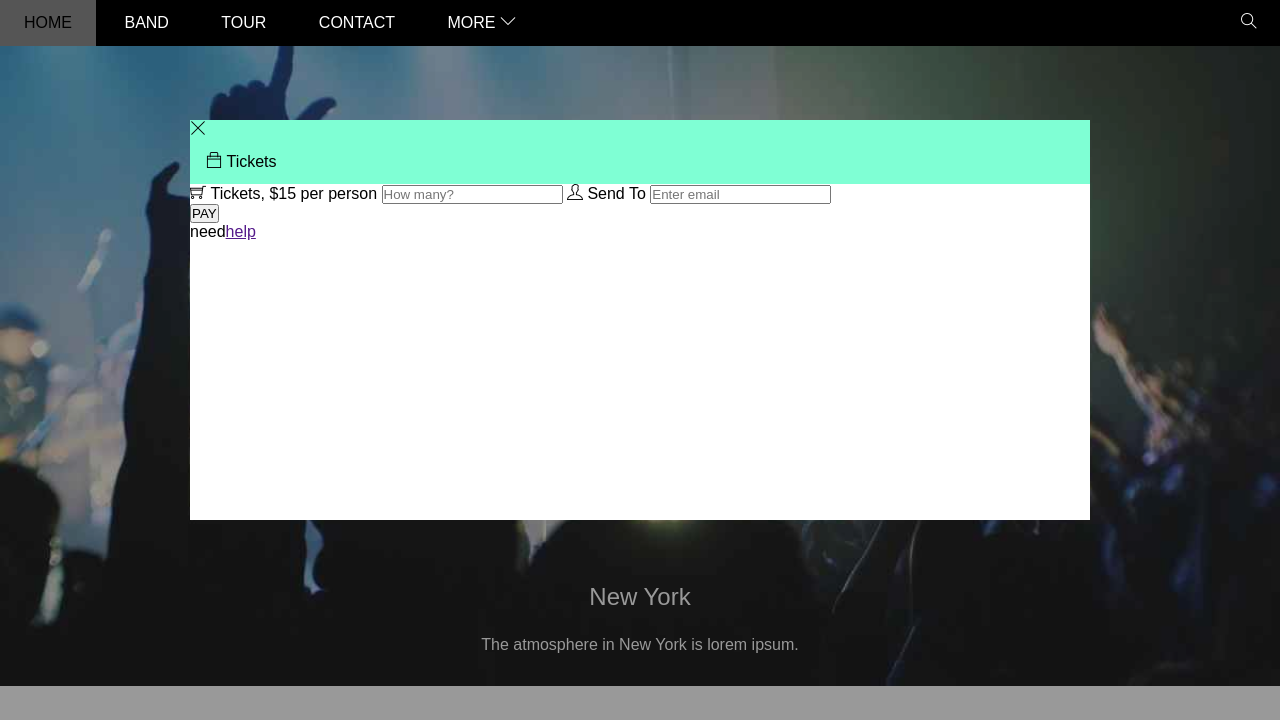
Repository: tung1233hhhhhhhhhhhhh/Website
Page: w3_band/index.html
These files come from the project's save history. The page is drawn as it stood at one moment and after the next save; the edit follows.
The browser window is 1280 px wide. The pictures show the window.
A layer covers the whole window, so only the first screen is drawn.

Above is the page before, as saved 2023-02-18 21:19:22.

### w3_band/index.html
<!DOCTYPE html>
<html lang="en">

<head>
    <meta charset="UTF-8">
    <meta http-equiv="X-UA-Compatible" content="IE=edge">
    <meta name="viewport" content="width=device-width, initial-scale=1.0">
    <title>Document</title>
    <link rel="stylesheet" href="./assets/css/style.css">
    <link rel="stylesheet" href="/w3_band/assets/fonts/themify-icons/themify-icons.css">
    <link rel="stylesheet" href="./modal.js">
</head>

<body>
    <div id="main">
        <div id="header">
            <div id="nav">
                <ul>
                    <li><a href="">Home</a></li>
                    <li><a href="">Band</a></li>
                    <li><a href="">Tour</a></li>
                    <li><a href="">Contact</a></li>
                    <li class="icon">
                        <a href="">
                            More
                            <i class="ti-angle-down"></i>
                        </a>
                        <div class="subnav">
                            <ul>
                                <li><a href="">Merchandise</a></li>
                                <li><a href="">Extras</a></li>
                                <li><a href="">Media</a></li>
                            </ul>
                        </div>
                    </li>
                </ul>
                <div class="icon-search">
                    <i class="ti-search"></i>
                </div>
            </div>
        </div>

        <div id="slider">
            <div class="silder-content">
                <h2 class="silder-heading">New York</h2>
                <p class="silder-discreption">The atmosphere in New York is lorem ipsum.</p>
            </div>
        </div>

        <div id="content">
            <!-- about content -->
            <div class="content-selection">
                <h2 class="text-heading">THE BAND</h2>
                <p class="text-sub-heading">We love music</p>
                <p class="text-content">
                    We have created a fictional band website. Lorem ipsum dolor sit amet, consectetur adipiscing elit,
                    sed do eiusmod tempor incididunt ut labore et dolore magna aliqua. Ut enim ad minim veniam, quis
                    nostrud exercitation ullamco laboris nisi ut aliquip ex ea commodo consequat. Duis aute irure dolor
                    in reprehenderit in voluptate velit esse cillum dolore eu fugiat nulla pariatur. Excepteur sint
                    occaecat cupidatat non proident, sunt in culpa qui officia deserunt mollit anim id est laborum
                    consectetur adipiscing elit, sed do eiusmod tempor incididunt ut labore et dolore magna aliqua. Ut
                    enim ad minim veniam, quis nostrud exercitation ullamco laboris nisi ut aliquip ex ea commodo
                    consequat.
                </p>
                <!-- img -->
                <div class="team-selection">
                    <div class="sub-selection">
                        <p class="text-selection">Team</p>
                        <img src="/w3_band/assets/img/name.jpg" alt="" class="img-selection">
                    </div>

                    <div class="sub-selection">
                        <p class="text-selection">Team</p>
                        <img src="/w3_band/assets/img/name.jpg" alt="" class="img-selection">
                    </div>

                    <div class="sub-selection">
                        <p class="text-selection">Team</p>
                        <img src="/w3_band/assets/img/name.jpg" alt="" class="img-selection">
                    </div>
                </div>
            </div>

            <!-- tour content -->

            <div class="content-tour">
                <div class="tour-body">
                    <div class="content-selection">
                        <h2 class="text-heading">TOUR DATES</h2>
                        <p class="text-sub-heading">Remember to book your tickets!</p>
                    </div>

                    <ul class="tour-text">
                        <li>
                            September
                            <span>Sold out</span>
                        </li>
                        <li>
                            October
                            <span>Sold out</span>
                        </li>
                        <li>
                            November
                            <span class="number">3</span>
                        </li>
                    </ul>

                    <div class="tour-list">
                        <div class="tourimg-selection">
                            <img src="/w3_band/assets/img/anh1.jpg" alt="">
                            <div class="container">
                                <p>
                                    <b>New York</b>
                                </p>
                                <p style="opacity: 0.6;">Fri 27 Nov 2016</p>
                                <p>Praesent tincidunt sed tellus ut rutrum sed vitae justo.</p>
                                <button> Buy Tickets</button>
                            </div>


                        </div>
                        <div class="tourimg-selection">
                            <img src="/w3_band/assets/img/anh2.jpg" alt="">
                            <div class="container">
                                <p>
                                    <b>Paris</b>
                                </p>
                                <p style="opacity: 0.6;">Sat 28 Nov 2016</p>
                                <p>Praesent tincidunt sed tellus ut rutrum sed vitae justo.</p>
                                <button> Buy Tickets</button>
                            </div>
                        </div>
                        <div class="tourimg-selection">
                            <img src="/w3_band/assets/img/anh3.jpg" alt="">
                            <div class="container">
                                <p>
                                    <b>San Francisco</b>
                                </p>
                                <p style="opacity: 0.6;">Sun 29 Nov 2016</p>
                                <p>Praesent tincidunt sed tellus ut rutrum sed vitae justo.</p>
                                <button> Buy Tickets</button>
                            </div>
                        </div>
                    </div>
                </div>
            </div>

            <!-- contact content -->

            <div class="contact-content">
                <div class="content-selection">
                    <h2 class="text-heading">CONTACT</h2>
                    <p class="text-sub-heading">Fan? Drop a note!</p>
                    <div class="contact">
                        <div class="contact-left">
                            <i class="ti-location-pin"></i>
                            Chicago, US
                            <br>
                            <i class="ti-mobile"></i>
                            Phone: +00 151515
                            <br>
                            <i class="ti-email"></i>
                            Email: mail@mail.com
                        </div>
                        <div class="contact-right">
                            <form action="">
                                <div class="account">
                                    <input type="text" placeholder="Name">
                                    <input type="text" placeholder="Email">
                                </div>
                                <input class="mes" type="text" placeholder="Message">
                                <button>SEND</button>
                            </form>
                        </div>
                    </div>
                </div>

            </div>

            <!-- image of location/map -->

            <div class="banner-image">
                <img src="/w3_band/assets/img/map.jpg" alt="">

            </div>


        </div>

        <div id="footer">
            <i class="ti-facebook"></i>
            <i class="ti-instagram"></i>
            <i class="ti-vimeo-alt"></i>
            <i class="ti-pinterest"></i>
            <i class="ti-twitter-alt"></i>
            <i class="ti-linkedin"></i>
            <p>Powered by <a href="">w3.css</a></p>
        </div>
    </div>
    <div class="modal">
        <div class="modal-container">
            <div class="modal-close">
                <i class="ti-close"></i>
            </div>
            <header>
                <i class="ti-bag"></i>
                Tickets

            </header>
            <div class="modal-body">
                <label for="" class="modal-lable">
                    <i class="ti-shopping-cart"></i>
                    Tickets, $15 per person
                </label>
                <input type="text" class="input-lable" placeholder="How many?">
                <label for="" class="modal-lable">
                    <i class="ti-user"></i>
                    Send To
                </label>
                <input type="text" class="input-lable" placeholder="Enter email">
            </div>
            <button class="modal-button">PAY</button>
            <p>need<a href="">help</a></p>

        </div>
    </div>


</body>

</html>

### w3_band/assets/css/style.css
* {
    padding: 0;
    margin: 0;
    box-sizing: border-box;
}

html {
    font-family: Arial, Helvetica, sans-serif;
}

#main {}

#header {
    height: 46px;
    background-color: #000;
    position: fixed;
    top: 0;
    right: 0;
    left: 0;
    z-index: 1;
}

#nav li {
    display: inline-block;
    position: relative;
}

#nav li:hover .subnav {
    display: block;
}

#nav>ul>li:hover>a>i,
#nav .subnav li:hover,
#nav>ul>li:hover>a {
    color: #000;
    background-color: #555;
}

#nav .subnav {
    display: none;
    position: absolute;
    background-color: #FFF;
    box-shadow: 0 0 20px rgba(0, 0, 0, 0.4);
}

#nav .subnav a {
    color: #000;
    padding: 0 12px;
    line-height: 38px;
}

#nav .subnav ul li {
    display: block;
    min-width: 150px;
}

#nav>ul>li>a {
    color: #fff;
    text-transform: uppercase;
}

#nav ul {
    display: inline-block;
}

#nav li a {
    text-decoration: none;
    line-height: 46px;
    padding: 0 24px;
    display: block;
}

#nav i {
    color: #fff;
    width: 20px;
}

#header .icon-search {
    display: block;
    float: right;
    line-height: 46px;
    padding: 0 23px;
}

#header .icon-search:hover {
    cursor: pointer;
    background-color: #f44336;
}

#slider {
    margin-top: 46px;
    padding-top: 50%;
    background: url(/w3_band/assets/img/ny.jpg) top center / cover no-repeat;
    position: relative;
}

.silder-content {
    position: absolute;
    bottom: 0;
    color: #fff;
    padding-bottom: 32px;
    text-align: center;
    width: 100%;
}

.silder-heading {
    font-weight: 500;
}

.silder-discreption {
    margin-top: 25px;
}

#content {}

#content .content-selection {
    padding: 64px 0px;
    margin-left: auto;
    margin-right: auto;
    width: 800px;
}

#content .content-selection .text-heading {
    text-align: center;
    font-size: 30px;
    font-weight: 500;
    letter-spacing: 4px;
}

#content .content-selection .text-sub-heading {
    text-align: center;
    font-size: 15px;
    margin-top: 25px;
    opacity: 0.6;
    font-style: italic;
}

#content .content-selection .text-content {
    font-size: 15px;
    margin-top: 25px;
    text-align: justify;
    line-height: 1.4;
}

#content .content-selection .team-selection {
    padding-top: 47px;
    padding-bottom: 32px;
    justify-items: space-between;
}

#content .team-selection .sub-selection {
    display: inline-block;
    text-align: center;
}

#content .sub-selection p {
    margin: 15px 0;
}



#content .team-selection .img-selection {
    width: 60%;
    border-radius: 4px;
    margin-bottom: 16px;
}

/* tour content  */


#content .content-tour {
    height: 850px;
    background-color: #000;
    color: #fff;
}

#content .content-tour .tour-body {
    width: 800px;
    margin-left: auto;
    margin-right: auto;
}

#content .content-tour .tour-text {
    background-color: #FFF;
    display: block;
    color: #000;
}

#content .tour-text>li {
    height: 22, 5px;
    padding: 8px 16px;
    list-style: none;
}

#content .tour-text>li:first-child {
    border-bottom: 1px solid #999;
}

#content .tour-text>li:last-child {
    border-top: 1px solid #999;
}

#content .tour-text span {
    /* border-radius: 4px; */
    display: inline-block;
    background-color: red;
    padding: 4px;
    margin-left: 4px;
    color: #fff;
}

#content .tour-text .number {
    /* margin-left: 50px; */
    background-color: black;
    float: right;
    border-radius: 50%;
    margin-top: -3px;
}

#content .tour-list {
    padding: 32px 0;
    right: 0;
    left: 0;
    margin: 0 -8px;
    position: relative;
}

#content .tourimg-selection {
    width: 33.33333%;
    float: left;
    padding: 0 8px;
    justify-content: space-between;
}

#content .tourimg-selection .container {
    /* text-align: center; */
    background-color: #fff;
    color: #000;
    height: 204px;
    padding-left: 16px;
    font-size: 15px;
    line-height: 1.5;
    margin-top: -4px;
    margin-bottom: 15px;
}



#content .tourimg-selection .container>p {
    padding-top: 15px;
}

#content .tourimg-selection .container button {
    color: #fff;
    background-color: #000;
    margin-top: 15px;
    text-align: center;
    cursor: pointer;
    white-space: nowrap;
    border: none;
    display: inline-block;
    padding: 8px 16px;
    vertical-align: middle;
    overflow: hidden;
    text-decoration: none;
}

#content .container button:hover {
    background-color: #ccc;
    color: #000;
}

#content .tourimg-selection img {
    width: 100%;
    background-image: cover;
}

/* contact content */


#content .contact-content {
    padding: 45px 0;
}

#content .contact {
    padding-top: 47px;
    padding-bottom: 32px;
}

#content .contact .contact-left {
    width: 49%;
    display: inline-block;
    font-size: 18px;
}

#content .contact .contact-left i {
    display: inline-block;
    font-size: inherit;
    width: 30px;
    line-height: 1.5;
}

#content .contact .contact-right {
    width: 49%;
    /* display: inline-block; */
    float: right;
}


.contact .contact-right form {
    width: 400px;
    position: relative;
    display: inline-block
}

.contact .contact-right form .account {
    margin-bottom: 10px;
}

.contact .contact-right .account input {
    padding: 8px;
    margin-right: 16px;
}

.contact .contact-right form .mes {
    width: 95.7%;
    padding: 8px;
}

.contact .contact-right form button {
    /* position: absolute; */
    margin: 16px 0;
    padding: 8px 16px;
    margin-left: 309px;
    background-color: black;
    color: #fff;
}

.contact .contact-right form button:hover {
    cursor: pointer;
    background-color: #ccc;
    color: black;
    border: none;
}

/* image of location/map */

.banner-image img {
    width: 100%;
    filter: grayscale(50%);
}

#content {}


#footer {
    padding: 64px 16px;
    text-align: center;
    justify-content: center;
    opacity: 0.6;
}

#footer p {
    margin: 30px 0;
    display: block;
    font-size: 15px;
}

#footer i {
    font-size: 25px;

    display: inline-block;
    text-rendering: auto;
}


.modal {
    position: fixed;
    top: 0;
    left: 0;
    right: 0;
    bottom: 0;

    background-color: rgba(0, 0, 0, 0.4);
}

.modal .modal-container {
    width: 900px;
    height: 400px;
    background-color: #FFF;
    margin: 0 auto;
    transform: translateY(30%);
    position: relative;
}

.modal .modal-container .modal-close {
    position: absolute;
}

.modal header {
    width: 100%;
    height: 45px;
    padding: 32px 16px;
    background-color: aquamarine;

}

Loaded but not shown: w3_band/assets/fonts/themify-icons/themify-icons.css (common file); w3_band/modal.js (no stored copy; drawn as an empty file)

After the next save:
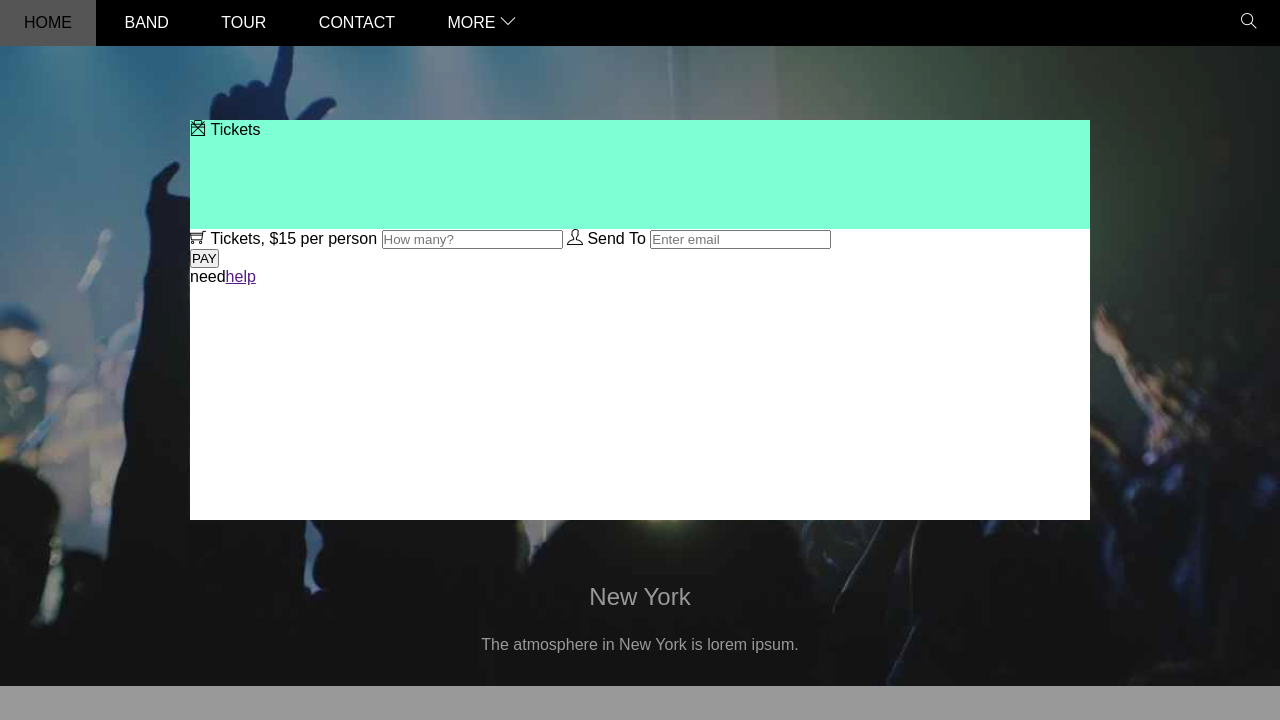
Saved 71 s later.
--- a/w3_band/assets/css/style.css
+++ b/w3_band/assets/css/style.css
@@ -399,8 +399,8 @@
 
 .modal header {
     width: 100%;
-    height: 45px;
-    padding: 32px 16px;
+    height: 109px;
+    /* padding: 32px 16px; */
     background-color: aquamarine;
 
 }
